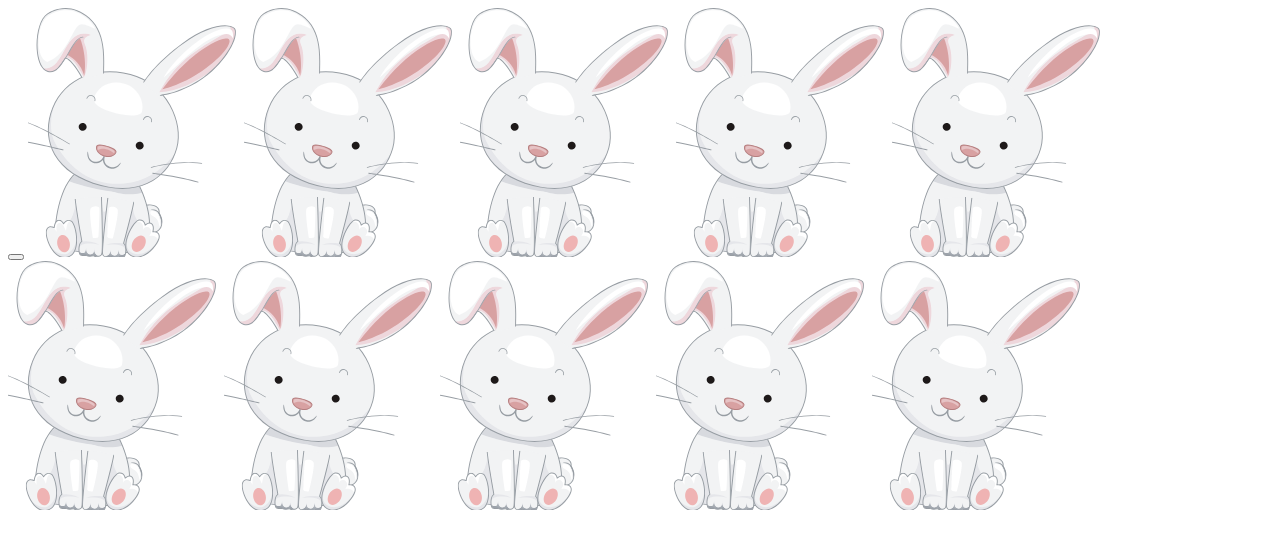
Repository: dhchun1203/browser-practice-works-
Page: rabbits/index.html
These files come from the project's save history. The page is drawn as it stood at one moment and after the next save; the edit follows.
The browser window is 1280 px wide. The pictures show the whole page.

Above is the page before, as saved 2021-01-04 12:06:14.

### rabbits/index.html
<!DOCTYPE html>
<html lang="en">
	<head>
		<meta charset="UTF-8" />
		<meta name="viewport" content="width=device-width, initial-scale=1.0" />
		<title>Scroll</title>
		<style></style>
	</head>
	<body>
		<button></button>
		<img src="img/rabbit.png" alt="" />
		<img src="img/rabbit.png" alt="" />
		<img src="img/rabbit.png" alt="" />
		<img src="img/rabbit.png" alt="" />
		<img src="img/rabbit.png" alt="" />
		<img src="img/rabbit.png" alt="" />
		<img src="img/rabbit.png" alt="" />
		<img src="img/rabbit.png" alt="" />
		<img src="img/rabbit.png" alt="" />
		<img src="img/rabbit.png" alt="" />
		<script></script>
	</body>
</html>

After the next save:
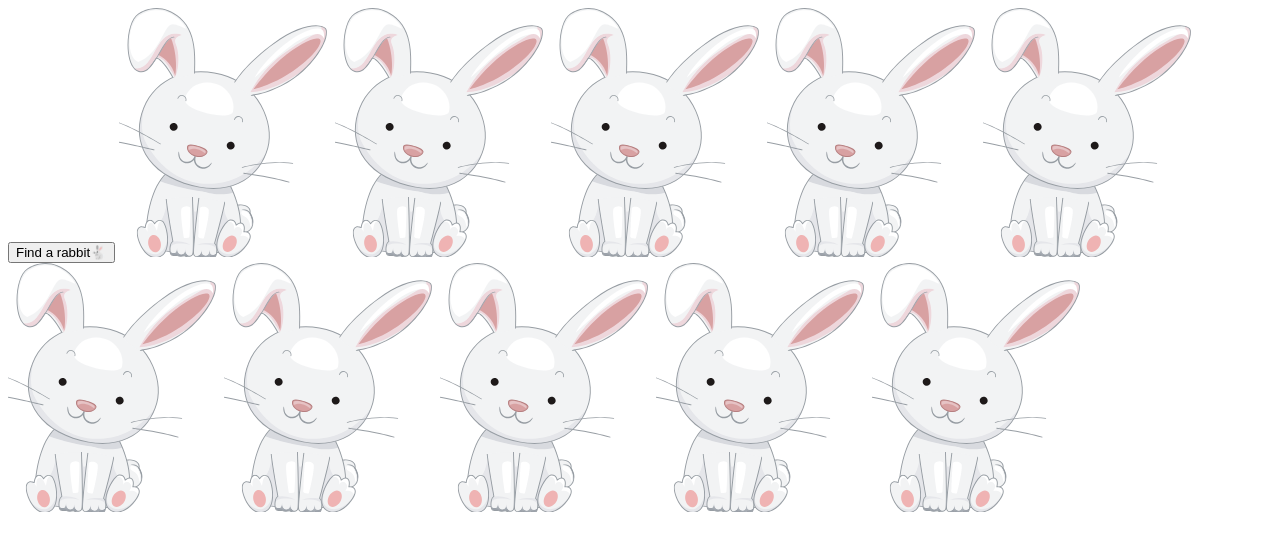
Saved 45 s later.
--- a/rabbits/index.html
+++ b/rabbits/index.html
@@ -7,7 +7,7 @@
 		<style></style>
 	</head>
 	<body>
-		<button></button>
+		<button>Find a rabbit🐇</button>
 		<img src="img/rabbit.png" alt="" />
 		<img src="img/rabbit.png" alt="" />
 		<img src="img/rabbit.png" alt="" />
